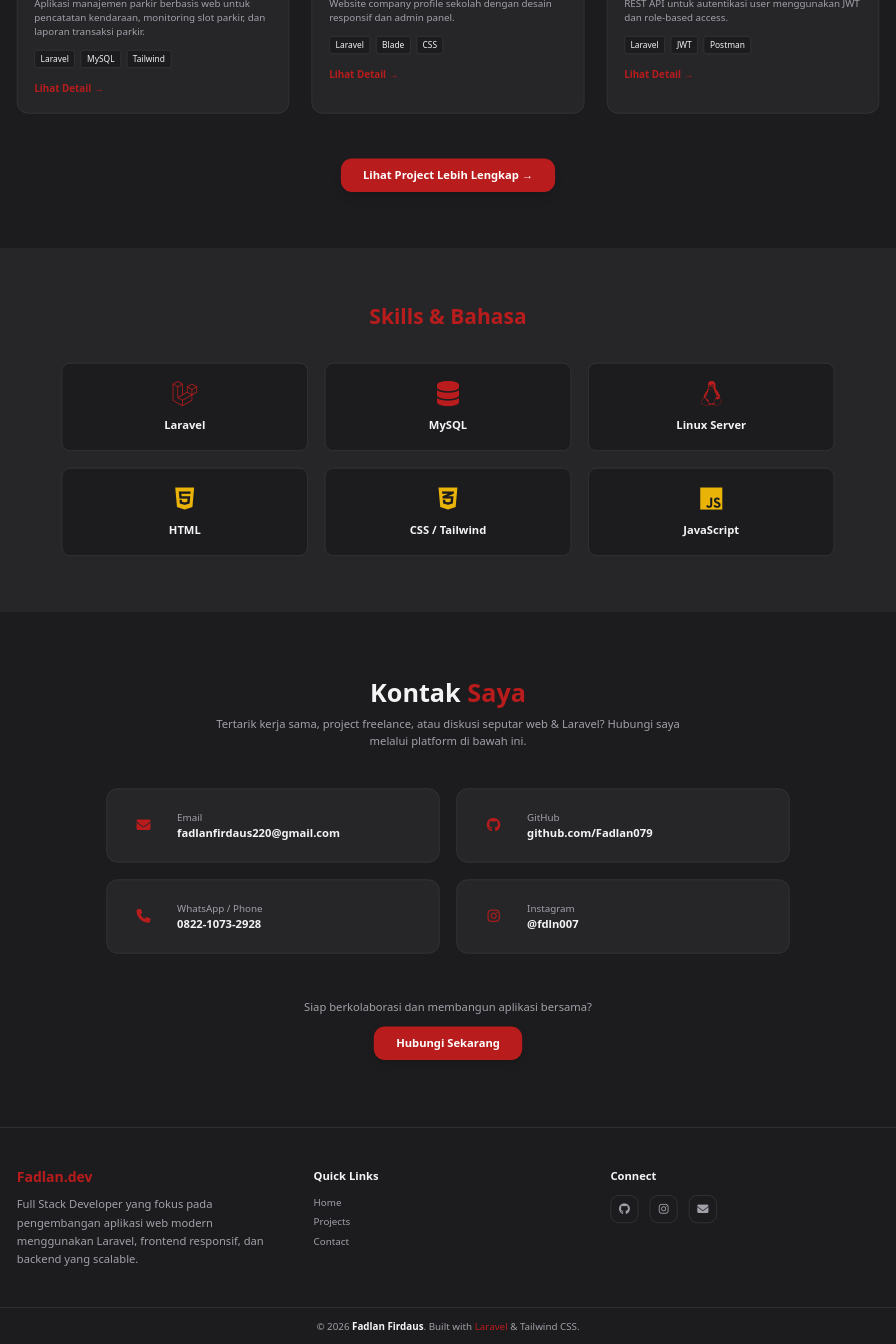
Repository: Fadlan079/Personal-Portfolio
Page: http://localhost/
An editor plug-in stored every save of this project. The page is shown before and after the next save, followed by the edit.
The browser window is 1280 px wide. The pictures show the part of the page from y = 2716 to 4636 px (the page is 4636 px tall before and 3900 px after), at 70% of full size.
Some web libraries are served in a nearby version. The page is served by the project's Laravel application, run on PHP 8.4 with Laravel 12. Other server files are loaded and not shown.

Above is the page before, as saved 2026-01-15 09:19:12.

### routes/web.php
<?php

use Illuminate\Support\Facades\Route;
use App\Http\Controllers\ProjectController;

// Route::get('/', function () {
//     return view('welcome');
// });

Route::get('/', function () {
    return view('portofolio');
});

// Route::get('/project', function () {
//     return view('project');
// });

Route::get('/project', [ProjectController::class, 'index']);

### resources/views/portofolio.blade.php
<!DOCTYPE html>
<html lang="id">
<head>
  <meta charset="UTF-8" />
  <meta name="viewport" content="width=device-width, initial-scale=1.0" />
  <title>Portfolio | Fadlan</title>
  <script src="https://cdn.tailwindcss.com"></script>
  <link rel="stylesheet" href="https://cdnjs.cloudflare.com/ajax/libs/font-awesome/6.5.1/css/all.min.css"/>
  <script>
    tailwind.config = {
      theme: {
        extend: {
          colors: {
            bg: 'var(--color-bg)',
            surface: 'var(--color-surface)',
            border: 'var(--color-border)',
            text: 'var(--color-text)',
            muted: 'var(--color-muted)',
            primary: 'var(--color-primary)',
            success: 'var(--color-success)',
            danger: 'var(--color-danger)',
            warning: 'var(--color-warning)',
          }
        }
      }
    }
  </script>
  <style>
    :root {
      --color-bg: #1c1c1e;
      --color-surface: #262629;
      --color-border: #3a3a3d;
      --color-text: #f4f4f5;
      --color-muted: #a1a1aa;
      --color-primary: #b91c1c;
      --color-success: #6fbf8f;
      --color-danger:  #ef4444;
      --color-warning: #eab308;
    }

    html {
      scroll-behavior: smooth;
    }

* {
  scrollbar-width: thin;
  scrollbar-color: #ef4444 transparent;
}

::-webkit-scrollbar {
  width: 10px;
}

::-webkit-scrollbar-track {
  background: transparent;
}

::-webkit-scrollbar-thumb {
  background: linear-gradient(
    180deg,
    #ef4444,
    #dc2626
  );
  border-radius: 999px;
  border: 2px solid transparent;
  background-clip: content-box;
}

::-webkit-scrollbar-thumb:hover {
  background: linear-gradient(
    180deg,
    #f87171,
    #ef4444
  );
}

  </style>
</head>

<body class="bg-bg text-text">
  <header> @include('components.header') </header>
  <main>
    <section id="home" class="relative min-h-screen flex items-center px-6 overflow-hidden">  @include('sections.hero')</section>
    <section id="about" class="py-20 bg-surface">@include('sections.about')</section>
    <section id="experience" class="py-20">@include('sections.experience')</section>
    <section id="education" class="py-24 bg-bg">@include('sections.education')</section>
    <section id="projects" class="py-20 bg-bg">@include('sections.project')</section>
  </main>



<!-- Skills -->
<section id="skills" class="py-20 bg-surface">
  <div class="max-w-6xl mx-auto px-6">
    <h3 class="text-3xl font-bold mb-12 text-primary text-center">Skills & Bahasa</h3>

    <div class="grid md:grid-cols-3 gap-6 text-center">
      <div class="bg-bg border border-border rounded-xl p-6">
        <i class="fa-brands fa-laravel text-4xl text-primary mb-3"></i>
        <h4 class="font-semibold">Laravel</h4>
      </div>
      <div class="bg-bg border border-border rounded-xl p-6">
        <i class="fa-solid fa-database text-4xl text-primary mb-3"></i>
        <h4 class="font-semibold">MySQL</h4>
      </div>
      <div class="bg-bg border border-border rounded-xl p-6">
        <i class="fa-brands fa-linux text-4xl text-primary mb-3"></i>
        <h4 class="font-semibold">Linux Server</h4>
      </div>
      <div class="bg-bg border border-border rounded-xl p-6">
        <i class="fa-brands fa-html5 text-4xl text-warning mb-3"></i>
        <h4 class="font-semibold">HTML</h4>
      </div>
      <div class="bg-bg border border-border rounded-xl p-6">
        <i class="fa-brands fa-css3-alt text-4xl text-warning mb-3"></i>
        <h4 class="font-semibold">CSS / Tailwind</h4>
      </div>
      <div class="bg-bg border border-border rounded-xl p-6">
        <i class="fa-brands fa-js text-4xl text-warning mb-3"></i>
        <h4 class="font-semibold">JavaScript</h4>
      </div>
    </div>
  </div>
</section>

<section id="contact" class="py-24 bg-bg">@include('sections.contact')</section>


  <footer class="relative border-t border-border bg-bg">@include('components.footer')</footer>
</body>
</html>

### resources/views/components/header.blade.php
<nav class="fixed w-full bg-bg/80 backdrop-blur border-b border-border z-50">
  <div class="max-w-7xl mx-auto px-6 py-4 flex justify-between items-center">
    <h1 class="text-xl font-bold text-primary">Fadlan.dev</h1>
    <ul class="flex gap-6 text-sm">
      <li class="relative group">
        <a href="#home">Home</a>
        <span class="absolute left-0 -bottom-1 h-[2px] w-0 bg-primary transition-all group-hover:w-full"></span>
      </li>
      <li class="relative group">
        <a href="#about">About</a>
        <span class="absolute left-0 -bottom-1 h-[2px] w-0 bg-primary transition-all group-hover:w-full"></span>
      </li>
      <li class="relative group">
        <a href="#experience">Experience</a>
        <span class="absolute left-0 -bottom-1 h-[2px] w-0 bg-primary transition-all group-hover:w-full"></span>
      </li>
        <li class="relative group">
        <a href="#projects">Project</a>
        <span class="absolute left-0 -bottom-1 h-[2px] w-0 bg-primary transition-all group-hover:w-full"></span>
      </li>
      <li class="relative group">
        <a href="#skills">Skills</a>
        <span class="absolute left-0 -bottom-1 h-[2px] w-0 bg-primary transition-all group-hover:w-full"></span>
      </li>
      <li class="relative group">
        <a href="#contact">Contact</a>
        <span class="absolute left-0 -bottom-1 h-[2px] w-0 bg-primary transition-all group-hover:w-full"></span>
      </li>
    </ul>
  </div>
</nav>

### resources/views/sections/hero.blade.php
<div class="absolute inset-0 -z-10 overflow-hidden">
<div
    class="absolute -top-32 -left-32
        w-[420px] h-[420px]
        bg-primary/25
        blur-[140px]
        rounded-full">
</div>

<div
    class="absolute -bottom-32 -right-32
        w-[500px] h-[500px]
        bg-primary/20
        blur-[160px]
        rounded-full">
</div>
</div>

<div class="max-w-7xl mx-auto w-full grid lg:grid-cols-2 gap-12 items-center">
<div class="text-center lg:text-left">
    <span
    class="inline-flex items-center gap-2 px-4 py-1 mb-6
            rounded-full border border-border bg-surface
            text-sm text-muted"
    >
    <i class="fa-solid fa-code text-primary"></i>
    Available for Collaboration
    </span>

    <h2 class="text-4xl md:text-6xl font-extrabold mb-6 leading-tight">
    Hi, Saya
    <span
        class="bg-gradient-to-r from-primary to-red-400
                bg-clip-text text-transparent"
    >
        Fadlan
    </span>
    <br />
    <span class="text-3xl md:text-4xl text-muted font-semibold">
        Full Stack Developer
    </span>
    </h2>

    <p class="text-muted max-w-xl mb-8 leading-relaxed">
    Fokus membangun aplikasi web modern menggunakan
    <strong class="text-text">Laravel</strong>,
    backend rapi, frontend responsif,
    serta deployment di
    <strong class="text-text">Linux Server</strong>.
    </p>

    <div class="flex gap-4 flex-wrap justify-center lg:justify-start">
    <a
        href="#projects"
        class="px-7 py-3 rounded-xl bg-primary text-white font-semibold
                hover:opacity-90 transition shadow-lg shadow-primary/30"
    >
        Lihat Project
    </a>

    <a
        href="#contact"
        class="px-7 py-3 rounded-xl border border-border
                hover:border-primary hover:text-primary transition"
    >
        Kontak Saya
    </a>
    </div>

    <div class="mt-8 flex gap-4 justify-center lg:justify-start">
    <a href="https://github.com/Fadlan079" target="_blank"
        class="w-11 h-11 rounded-xl border border-border
                flex items-center justify-center
                text-muted hover:text-primary hover:border-primary
                hover:shadow-lg hover:shadow-primary/30
                transition">
        <i class="fa-brands fa-github text-lg"></i>
    </a>

    <a href="https://instagram.com/fdln007" target="_blank"
        class="w-11 h-11 rounded-xl border border-border
                flex items-center justify-center
                text-muted hover:text-primary hover:border-primary
                hover:shadow-lg hover:shadow-primary/30
                transition">
        <i class="fa-brands fa-instagram text-lg"></i>
    </a>

    <a href="mailto:fadlanfirdaus220@gmail.com"
        class="w-11 h-11 rounded-xl border border-border
                flex items-center justify-center
                text-muted hover:text-primary hover:border-primary
                hover:shadow-lg hover:shadow-primary/30
                transition">
        <i class="fa-solid fa-envelope text-lg"></i>
    </a>

    <a href="https://wa.me/6282210732928" target="_blank"
        class="w-11 h-11 rounded-xl border border-border
                flex items-center justify-center
                text-muted hover:text-primary hover:border-primary
                hover:shadow-lg hover:shadow-primary/30
                transition">
        <i class="fa-brands fa-whatsapp text-lg"></i>
    </a>
    </div>

    <div class="mt-10 flex gap-6 text-muted text-sm flex-wrap
                justify-center lg:justify-start">
    <span class="flex items-center gap-2">
        <i class="fa-brands fa-laravel text-primary"></i> Laravel
    </span>
    <span class="flex items-center gap-2">
        <i class="fa-solid fa-database"></i> MySQL
    </span>
    <span class="flex items-center gap-2">
        <i class="fa-brands fa-linux"></i> Linux
    </span>
    <span class="flex items-center gap-2">
        <i class="fa-brands fa-html5"></i> Tailwind
    </span>
    </div>
</div>

<div class="relative flex justify-center">
    <div
    class="absolute -inset-4 rounded-full
            bg-primary/30 blur-3xl"
    ></div>

    <div
    class="relative w-72 h-72 md:w-80 md:h-80
            rounded-3xl overflow-hidden
            border border-border
            bg-surface shadow-xl">
    <img
        src="profil.jpg"
        alt="Fadlan"
        class="w-full h-full object-cover"
    />
    </div>
</div>
</div>

### resources/views/sections/about.blade.php
<div class="max-w-6xl mx-auto px-6">
<h3 class="text-3xl font-bold mb-6 text-primary">Tentang Saya</h3>
<p class="text-muted leading-relaxed max-w-3xl">
    Saya pelajar SMK jurusan PPLG dengan minat besar di bidang
    <strong>Full Stack Development</strong>. Terbiasa membangun aplikasi
    Laravel, REST API, database MySQL, serta deployment ke server Linux.
</p>
</div>

### resources/views/sections/experience.blade.php
<div class="max-w-6xl mx-auto px-6">
<h3 class="text-3xl font-bold mb-12 text-primary text-center">Pengalaman</h3>
<div class="space-y-6">
    <div class="bg-surface border border-border rounded-xl p-6">
    <h4 class="font-semibold">Project Sistem Kasir</h4>
    <p class="text-muted text-sm">Laravel • MySQL • Tailwind</p>
    </div>
    <div class="bg-surface border border-border rounded-xl p-6">
    <h4 class="font-semibold">Website Sekolah</h4>
    <p class="text-muted text-sm">Company Profile • Responsive Design</p>
    </div>
    <div class="bg-surface border border-border rounded-xl p-6">
    <h4 class="font-semibold">REST API Auth</h4>
    <p class="text-muted text-sm">JWT • Role Management</p>
    </div>
</div>
</div>

### resources/views/sections/education.blade.php
<div class="max-w-6xl mx-auto px-6">
<div class="mb-16 text-center">
    <h3 class="text-4xl font-extrabold">
    Pendidikan
    <span class="text-primary">Saya</span>
    </h3>
    <p class="text-muted mt-3 max-w-2xl mx-auto">
    Latar belakang pendidikan yang membentuk skill teknis
    dan minat saya di dunia pengembangan web.
    </p>
</div>

<div class="relative pl-8 md:pl-12">

    <div class="absolute left-3 top-0 h-full w-[2px] bg-border"></div>

    <div class="relative mb-12">
    <div class="absolute -left-[2px] top-2">
        <span
        class="block w-4 h-4 rounded-full bg-primary
                shadow-lg shadow-primary/40">
        </span>
    </div>
    <div
        class="bg-surface border border-border rounded-2xl p-6
                hover:-translate-y-1 transition"
    >
        <div class="flex flex-wrap items-center gap-3 mb-2">
        <h4 class="text-xl font-semibold">
            SMK – PPLG (Pengembangan Perangkat Lunak & Gim)
        </h4>
        <span
            class="text-xs px-3 py-1 rounded-full
                    bg-success/20 text-success"
        >
            Aktif
        </span>
        </div>

        <p class="text-sm text-muted mb-3">
        2023 – Sekarang
        </p>

        <p class="text-muted leading-relaxed">
        Mendalami pengembangan web modern dengan
        <strong class="text-text">Laravel</strong>,
        REST API, database MySQL, Tailwind CSS,
        serta deployment ke Linux server.
        </p>
    </div>
    </div>

    <div class="relative mb-12">
    <div class="absolute -left-[2px] top-2">
        <span
        class="block w-4 h-4 rounded-full bg-primary/70
                shadow-lg shadow-primary/30">
        </span>
    </div>

    <div
        class="bg-surface border border-border rounded-2xl p-6
                hover:-translate-y-1 transition"
    >
        <h4 class="text-xl font-semibold mb-1">
        Sekolah Menengah Pertama (SMP)
        </h4>

        <p class="text-sm text-muted mb-3">
        2020 – 2023
        </p>

        <p class="text-muted leading-relaxed">
        Mulai tertarik dengan dunia IT, komputer,
        dan belajar logika pemrograman dasar secara mandiri.
        </p>
    </div>
    </div>

    <div class="relative">
    <div class="absolute -left-[2px] top-2">
        <span
        class="block w-4 h-4 rounded-full bg-primary/40
                shadow-lg shadow-primary/20">
        </span>
    </div>

    <div
        class="bg-surface border border-border rounded-2xl p-6
                hover:-translate-y-1 transition"
    >
        <h4 class="text-xl font-semibold mb-1">
        Sekolah Dasar (SD)
        </h4>

        <p class="text-sm text-muted mb-3">
        2014 – 2020
        </p>

        <p class="text-muted leading-relaxed">
        Pendidikan dasar dan awal mengenal komputer
        serta teknologi digital.
        </p>
    </div>
    </div>

</div>
</div>

### resources/views/sections/project.blade.php
<div class="max-w-7xl mx-auto px-6">
    <h3 class="text-3xl font-bold text-center mb-4 text-primary">Projects</h3>
    <p class="text-muted text-center mb-12">
    Beberapa project yang pernah saya kerjakan
    </p>

    <div class="grid md:grid-cols-3 gap-8">

    <div class="bg-surface border border-border rounded-2xl p-6 hover:-translate-y-2 transition">
    <div class="flex justify-between items-center mb-3">
        <h4 class="text-xl font-semibold">Sistem Manajemen Parkir</h4>
        <span class="text-xs px-2 py-1 rounded bg-success/20 text-success">
        Finished
        </span>
    </div>

    <p class="text-muted text-sm mb-4">
        Aplikasi manajemen parkir berbasis web untuk pencatatan kendaraan,
        monitoring slot parkir, dan laporan transaksi parkir.
    </p>

    <div class="flex flex-wrap gap-2 text-xs mb-4">
        <span class="px-2 py-1 bg-bg border border-border rounded">Laravel</span>
        <span class="px-2 py-1 bg-bg border border-border rounded">MySQL</span>
        <span class="px-2 py-1 bg-bg border border-border rounded">Tailwind</span>
    </div>

    <a href="https://github.com/Fadlan079/Sistem-Manajemen-Parkir.git" class="text-primary text-sm font-semibold hover:underline">
        Lihat Detail →
    </a>
    </div>

    <div class="bg-surface border border-border rounded-2xl p-6 hover:-translate-y-2 transition">
    <div class="flex justify-between items-center mb-3">
        <h4 class="text-xl font-semibold">Website Sekolah</h4>
        <span class="text-xs px-2 py-1 rounded bg-warning/20 text-warning">
        Ongoing
        </span>
    </div>

    <p class="text-muted text-sm mb-4">
        Website company profile sekolah dengan desain responsif
        dan admin panel.
    </p>

    <div class="flex flex-wrap gap-2 text-xs mb-4">
        <span class="px-2 py-1 bg-bg border border-border rounded">Laravel</span>
        <span class="px-2 py-1 bg-bg border border-border rounded">Blade</span>
        <span class="px-2 py-1 bg-bg border border-border rounded">CSS</span>
    </div>

    <a href="#" class="text-primary text-sm font-semibold hover:underline">
        Lihat Detail →
    </a>
    </div>

    <div class="bg-surface border border-border rounded-2xl p-6 hover:-translate-y-2 transition">
    <div class="flex justify-between items-center mb-3">
        <h4 class="text-xl font-semibold">REST API Auth</h4>
        <span class="text-xs px-2 py-1 rounded bg-danger/20 text-danger">
        Backend
        </span>
    </div>

    <p class="text-muted text-sm mb-4">
        REST API untuk autentikasi user menggunakan JWT
        dan role-based access.
    </p>

    <div class="flex flex-wrap gap-2 text-xs mb-4">
        <span class="px-2 py-1 bg-bg border border-border rounded">Laravel</span>
        <span class="px-2 py-1 bg-bg border border-border rounded">JWT</span>
        <span class="px-2 py-1 bg-bg border border-border rounded">Postman</span>
    </div>

    <a href="#" class="text-primary text-sm font-semibold hover:underline">
        Lihat Detail →
    </a>
    </div>

</div>
<div class="mt-16 flex justify-center">
<a
    href="project"
    class="px-8 py-3 rounded-2xl
        bg-primary text-white font-semibold
        hover:bg-primary/90 transition
        shadow-lg shadow-primary/20"
>
    Lihat Project Lebih Lengkap →
</a>
</div>
</div>

### resources/views/sections/contact.blade.php
<div class="max-w-5xl mx-auto px-6">

<div class="text-center mb-14">
    <h3 class="text-4xl font-extrabold mb-3">
    Kontak <span class="text-primary">Saya</span>
    </h3>
    <p class="text-muted max-w-2xl mx-auto">
    Tertarik kerja sama, project freelance, atau diskusi seputar web & Laravel?
    Hubungi saya melalui platform di bawah ini.
    </p>
</div>

<div class="grid sm:grid-cols-2 gap-6">
    <a href="mailto:fadlanfirdaus220@gmail.com"
        class="group bg-surface border border-border rounded-2xl p-6
            flex items-center gap-5
            hover:border-primary hover:-translate-y-1 transition">
    <div class="w-14 h-14 rounded-xl flex items-center justify-center
                bg-primary/20 text-primary text-xl">
        <i class="fa-solid fa-envelope"></i>
    </div>
    <div>
        <p class="text-sm text-muted">Email</p>
        <p class="font-semibold group-hover:text-primary transition">
        fadlanfirdaus220@gmail.com
        </p>
    </div>
    </a>

    <a href="https://github.com/Fadlan079" target="_blank"
        class="group bg-surface border border-border rounded-2xl p-6
            flex items-center gap-5
            hover:border-primary hover:-translate-y-1 transition">
    <div class="w-14 h-14 rounded-xl flex items-center justify-center
                bg-primary/20 text-primary text-xl">
        <i class="fa-brands fa-github"></i>
    </div>
    <div>
        <p class="text-sm text-muted">GitHub</p>
        <p class="font-semibold group-hover:text-primary transition">
        github.com/Fadlan079
        </p>
    </div>
    </a>

    <a href="tel:082210732928"
        class="group bg-surface border border-border rounded-2xl p-6
            flex items-center gap-5
            hover:border-primary hover:-translate-y-1 transition">
    <div class="w-14 h-14 rounded-xl flex items-center justify-center
                bg-primary/20 text-primary text-xl">
        <i class="fa-solid fa-phone"></i>
    </div>
    <div>
        <p class="text-sm text-muted">WhatsApp / Phone</p>
        <p class="font-semibold group-hover:text-primary transition">
        0822-1073-2928
        </p>
    </div>
    </a>

    <a href="https://instagram.com/fdln007" target="_blank"
        class="group bg-surface border border-border rounded-2xl p-6
            flex items-center gap-5
            hover:border-primary hover:-translate-y-1 transition">
    <div class="w-14 h-14 rounded-xl flex items-center justify-center
                bg-primary/20 text-primary text-xl">
        <i class="fa-brands fa-instagram"></i>
    </div>
    <div>
        <p class="text-sm text-muted">Instagram</p>
        <p class="font-semibold group-hover:text-primary transition">
        @fdln007
        </p>
    </div>
    </a>

</div>

<div class="text-center mt-16">
    <p class="text-muted mb-4">
    Siap berkolaborasi dan membangun aplikasi bersama?
    </p>
    <a href="mailto:fadlanfirdaus220@gmail.com"
        class="inline-block px-8 py-3 bg-primary text-white
            rounded-2xl font-semibold
            hover:opacity-90 transition shadow-lg shadow-primary/30">
    Hubungi Sekarang
    </a>
</div>

</div>

### resources/views/components/footer.blade.php
<div class="absolute inset-0 -z-10">
<div class="absolute bottom-0 left-1/2 -translate-x-1/2
            w-[400px] h-[400px]
            bg-primary/20 blur-[120px] rounded-full"></div>
</div>

<div class="max-w-7xl mx-auto px-6 py-14 grid gap-10 md:grid-cols-3">
<div>
    <h3 class="text-xl font-bold text-primary mb-3">Fadlan.dev</h3>
    <p class="text-muted leading-relaxed">
    Full Stack Developer yang fokus pada pengembangan
    aplikasi web modern menggunakan Laravel,
    frontend responsif, dan backend yang scalable.
    </p>
</div>

<div>
    <h4 class="font-semibold mb-4 text-text">Quick Links</h4>
    <ul class="space-y-2 text-muted text-sm">
    <li>
        <a href="#home" class="hover:text-primary transition">Home</a>
    </li>
    <li>
        <a href="#projects" class="hover:text-primary transition">Projects</a>
    </li>
    <li>
        <a href="#contact" class="hover:text-primary transition">Contact</a>
    </li>
    </ul>
</div>

<div>
    <h4 class="font-semibold mb-4 text-text">Connect</h4>
    <div class="flex gap-4">
    <a href="https://github.com/Fadlan079" target="_blank"
        class="w-10 h-10 rounded-xl border border-border
                flex items-center justify-center
                text-muted hover:text-primary hover:border-primary
                transition">
        <i class="fa-brands fa-github"></i>
    </a>
    <a href="https://instagram.com/fdln007" target="_blank"
        class="w-10 h-10 rounded-xl border border-border
                flex items-center justify-center
                text-muted hover:text-primary hover:border-primary
                transition">
        <i class="fa-brands fa-instagram"></i>
    </a>
    <a href="mailto:fadlanfirdaus220@gmail.com"
        class="w-10 h-10 rounded-xl border border-border
                flex items-center justify-center
                text-muted hover:text-primary hover:border-primary
                transition">
        <i class="fa-solid fa-envelope"></i>
    </a>
    </div>
</div>

</div>

<div class="border-t border-border text-center py-4 text-muted text-sm">
© 2026 <span class="text-text font-semibold">Fadlan Firdaus</span>.
Built with <span class="text-primary">Laravel</span> & Tailwind CSS.
</div>

After the next save:
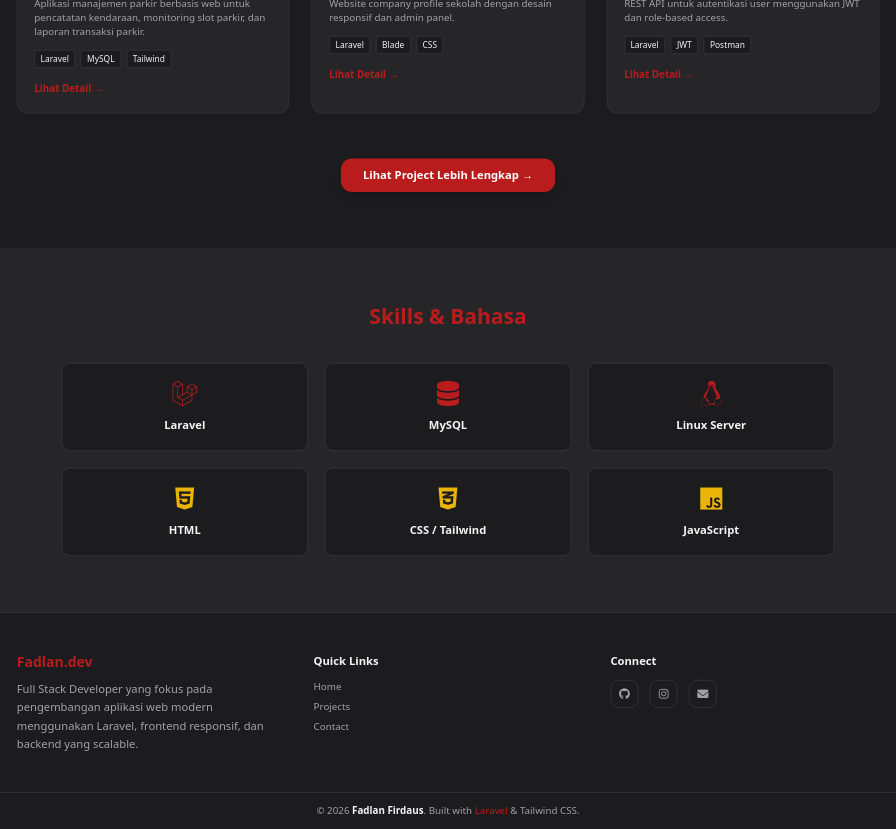
Saved 5 s later.
--- a/resources/views/portofolio.blade.php
+++ b/resources/views/portofolio.blade.php
@@ -123,9 +123,6 @@
   </div>
 </section>
 
-<section id="contact" class="py-24 bg-bg">@include('sections.contact')</section>
-
-
   <footer class="relative border-t border-border bg-bg">@include('components.footer')</footer>
 </body>
 </html>
